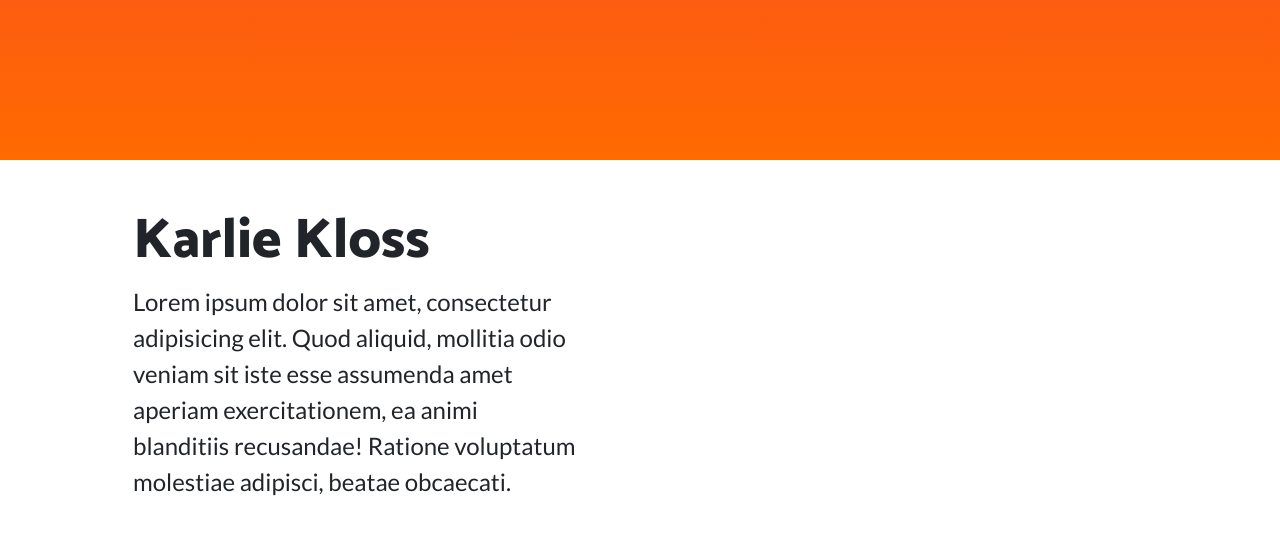
Repository: ashchu/she-quality
Page: index.html
The author's editor kept a record of every edit. The page is drawn from the files as they stood at one moment, then again after the next edit.
The browser window is 1280 px wide. The pictures show the part of the page from y = 1038 to 1596 px (the page is 2565 px tall).
A picture or video elsewhere on the page could not be fetched, so the positions and the page height are approximate.

Above is the page before.
Not found: img/01.jpg

After the next edit:
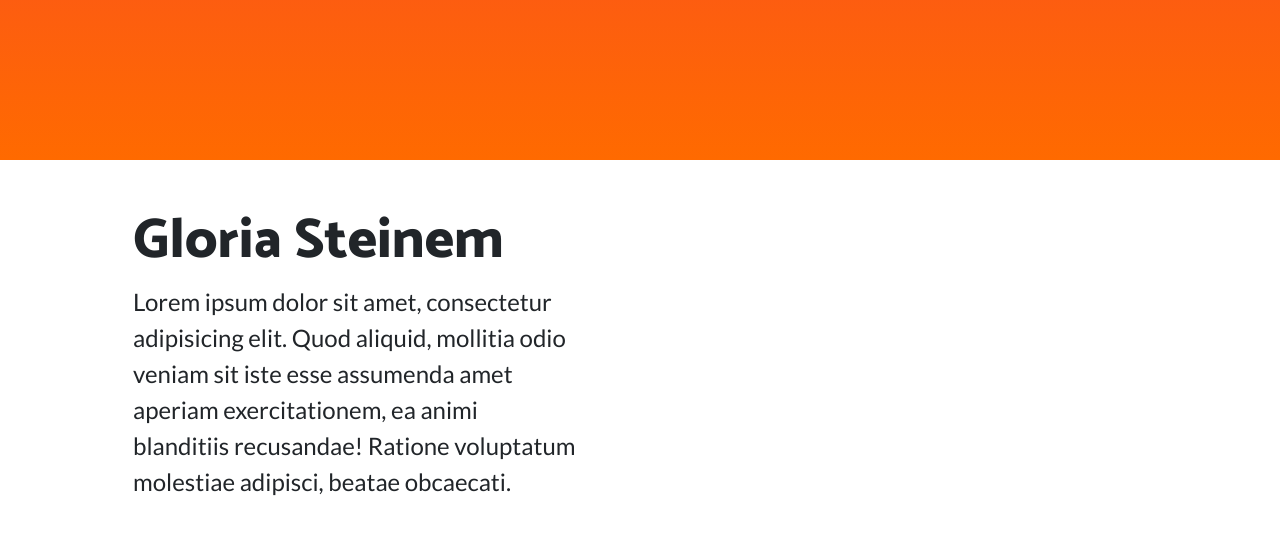
The edit:
--- a/index.html
+++ b/index.html
@@ -654,7 +654,7 @@
           </div>
           <div class="col-lg-6 order-lg-1">
             <div class="p-5">
-              <h2 id="beginning" class="display-4">Karlie Kloss</h2>
+              <h2 id="beginning" class="display-4">Gloria Steinem</h2>
               <p>Lorem ipsum dolor sit amet, consectetur adipisicing elit. Quod aliquid, mollitia odio veniam sit iste esse assumenda amet aperiam exercitationem, ea animi blanditiis recusandae! Ratione voluptatum molestiae adipisci, beatae obcaecati.</p>
             </div>
           </div>
